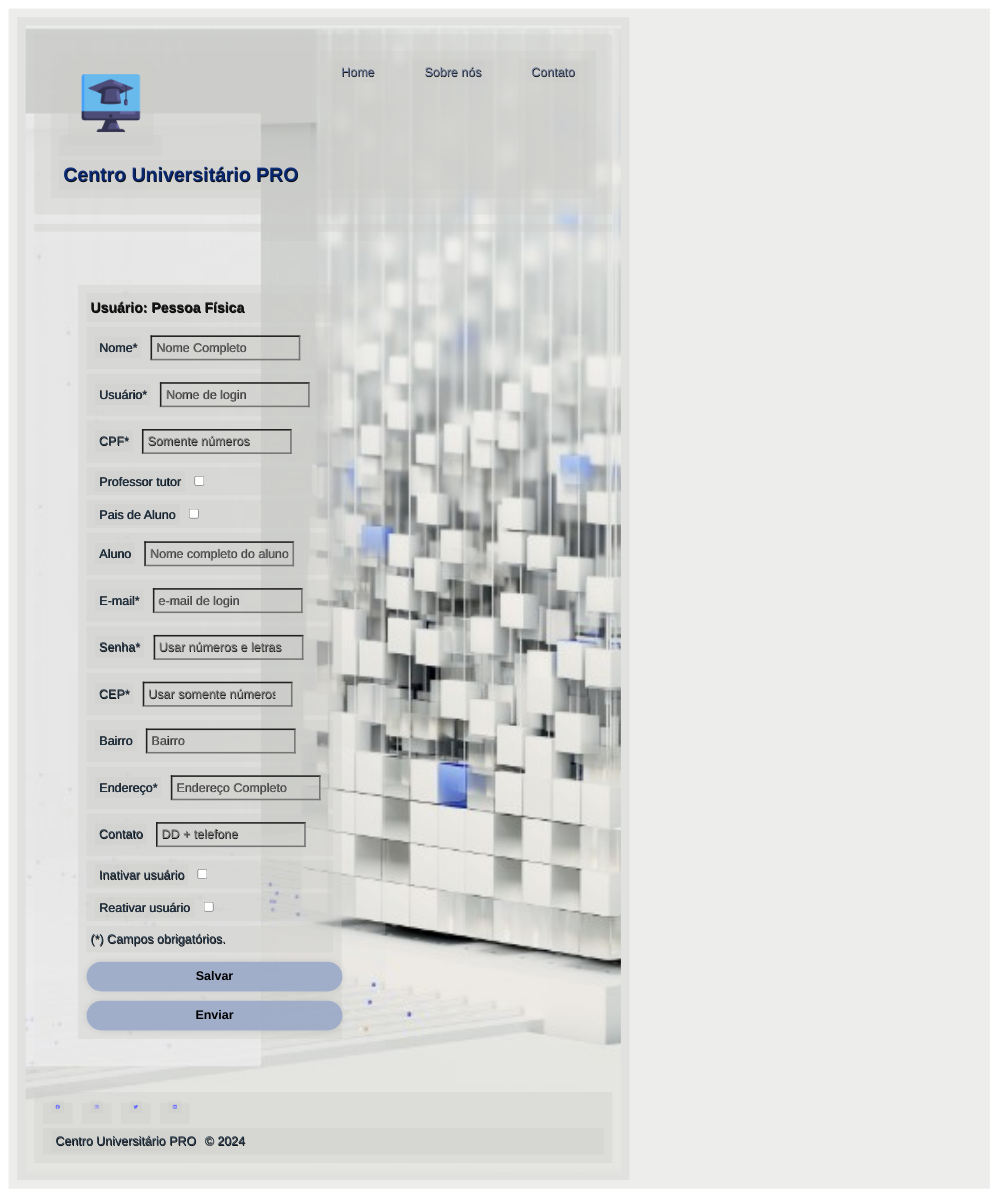
Repository: DanuziaRA/Cadastros-de-Usuarios
Page: /cadastro
An editor plug-in stored every save of this project. The page is shown before and after the next save, followed by the edit.
The browser window is 1280 px wide. The pictures show the whole page, at 78% of full size.
The project was rebuilt for these pictures with package versions that can differ from the ones it lists, and the page was loaded fresh each time. Also part of the build but not shown: vite.config.js, src/components/Footer.css, src/router/Contact.jsx, src/router/ErrorPage.jsx, src/router/ContactDetails.jsx, src/router/Login.jsx, src/router/Company.jsx, src/router/Forget.jsx.

Above is the page before, as saved 2024-10-01 12:41:45.

After the next save:
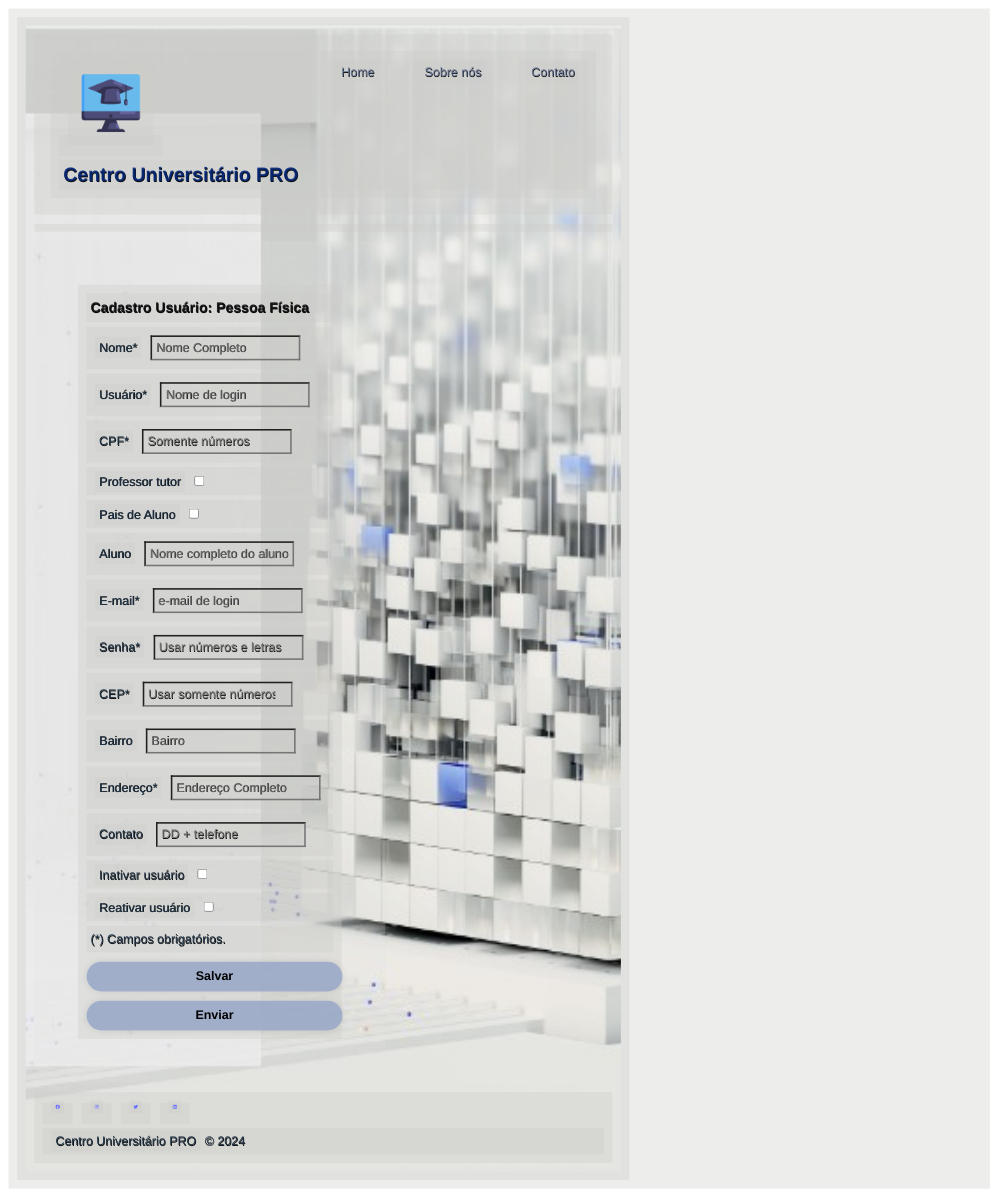
Saved 6 s later.
--- a/src/router/Cadastro.jsx
+++ b/src/router/Cadastro.jsx
@@ -28,7 +28,7 @@ alert("Enviando os dados:" + username + " -" + password + "-" + userusuario + "-
   return (
     <div className='container'>
         <form onSubmit={handleSubmit}>
-          <h2>Usuário: Pessoa Física</h2>
+          <h2>Cadastro Usuário: Pessoa Física</h2>
 
             <div>
             <label>Nome*</label>
